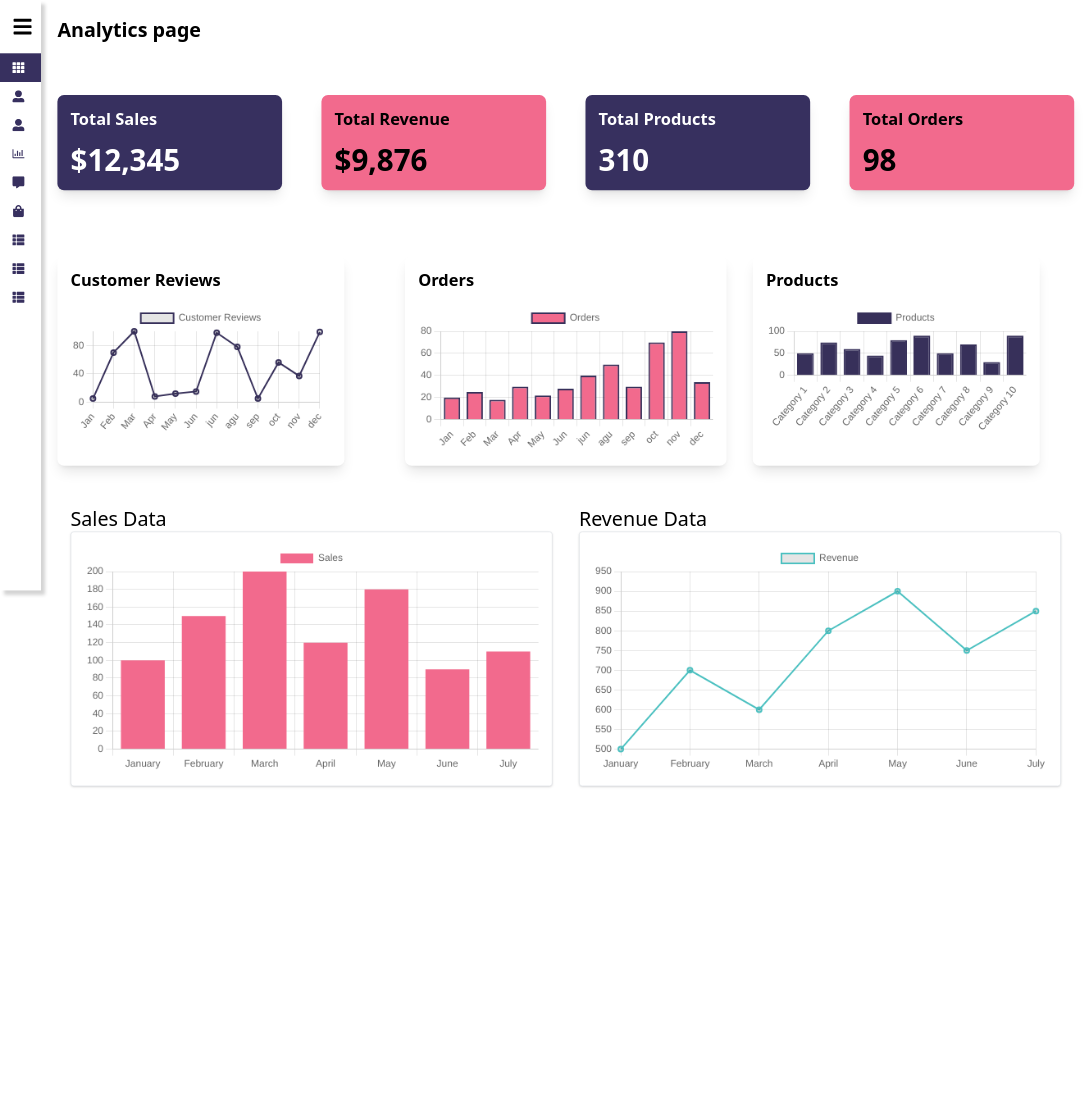
Repository: AndargWorku12/admin-dashboard
Page: /
These files come from the project's save history. The page is drawn as it stood at one moment and after the next save; the edit follows.
The browser window is 1280 px wide. The page is 1330 px wide, so the pictures cover 1330 px, including what lies to the right of the window. The pictures show the whole page, at 82% of full size.
The project was rebuilt for these pictures with package versions that can differ from the ones it lists, and the page was loaded fresh each time. Also part of the build but not shown: src/styles/orders.css, src/pages/OrderTable.tsx, src/pages/OrderModal.tsx, src/pages/Orders.tsx, src/pages/CategoryDropdown.tsx, src/pages/CategoryModal.tsx, src/pages/CategoryPage.tsx, src/styles/login.css and 9 more.

Above is the page before, as saved 2024-02-02 05:31:55.

### src/index.tsx
import { ColorModeScript } from "@chakra-ui/react"
import * as React from "react"
import * as ReactDOM from "react-dom/client"
import App from "./App"
import './index.css'

const container = document.getElementById("root")
if (!container) throw new Error('Failed to find the root element');
const root = ReactDOM.createRoot(container)

root.render(

  <React.StrictMode>
    <ColorModeScript />
    <App />
  </React.StrictMode>,

)

### src/App.tsx

import React, {useState} from 'react';
import { BrowserRouter, Route, Routes } from 'react-router-dom';
import Sidebar from './components/Sidebar';
import Dashboard from './pages/Dashboard';
// import SignUpForm from './pages/LoginPopup'
import Orders from './pages/Orders';
import Category from './pages/CategoryPage';
import Login from './pages/Login'
import Analytics from './pages/Analytics';
import CustemerReview from './pages/CustemerReview';
import ProductList from './pages/ProductList';
import ShopCard from './pages/ShopCard';
import './App.css'
import SignUpForm from './pages/SignUpForm';
import ForgotPassword from './pages/ForgetPassword';
// import AnalyticsPage from './pages/Analytics';



type SaleData = {
  date: string;
  amount: number;
};

type RevenueData = {
  month: string;
  revenue: number;
};

type Product = {
    id: string;
    photo: string;
    name: string;
    price: number;
    category: string;
};

type Order = {
    id: string;
    productName: string;
    quantity: number;
    totalPrice: number;

};

type CategoryType = {
  id: string;
  photo:string;
  name: string;
};



// Sample props for components
type DashboardProps = {
  saleData: SaleData[];
  revenueData: RevenueData[];
  // ... other props
};

type AnalyticsProps = {
  salesData: SaleData[];
  // ... other props
};

type ProductProps = {
  products: Product[];
  onUpdate: (productId: string, updatedProduct: Product) => void;

};




type OrderProps = {
  orders: Order[];
  // ... other props
};

type CategoryProps = {
  categories: CategoryType[];
  // ... other props
};







const App: React.FC = () => {


// for the product page to handle
  const [products, setProducts] = useState<Product[]>([


    {
      id: '1',
      photo: 'https://img.ltwebstatic.com/images3_pi/2022/01/10/16417919016a32607182dd11dedeb77e8324b683e8_thumbnail_900x.webp',
      name: 'Product 1',
      price: 29.99,
      category: 'Electronics',
    },
    {
      id: '2',
      photo: 'https://img.ltwebstatic.com/images3_pi/2022/01/10/16417919016a32607182dd11dedeb77e8324b683e8_thumbnail_900x.webp',
      name: 'Product 2',
      price: 49.99,
      category: 'Clothing',
    },
    {
      id: '3',
      photo: 'https://img.ltwebstatic.com/images3_pi/2022/01/10/16417919016a32607182dd11dedeb77e8324b683e8_thumbnail_900x.webp',
      name: 'Product 3',
      price: 9.99,
      category: 'Books',
    },
    {
      id: '4',
      photo: 'https://img.ltwebstatic.com/images3_pi/2022/01/10/16417919016a32607182dd11dedeb77e8324b683e8_thumbnail_900x.webp',
      name: 'Product 4',
      price: 79.99,
      category: 'Home and Kitchen',
    },
    {
      id: '5',
      photo: 'https://img.ltwebstatic.com/images3_pi/2022/01/10/16417919016a32607182dd11dedeb77e8324b683e8_thumbnail_900x.webp',
      name: 'Product 5',
      price: 39.99,
      category: 'Toys',
    },



  ]);

  // Function to handle creating a new product
  const handleCreate = (newProduct: Product) => {
    setProducts((prevProducts) => [...prevProducts, newProduct]);
  };

  // Function to handle updating a product

  const handleUpdate = (productId: string, newName: string, newPrice: number) => {
    setProducts((prevProducts) =>
      prevProducts.map((product) =>
        product.id === productId
          ? { ...product, name: newName, price: newPrice }
          : product
      )
    );
  };



  // Function to handle deleting a product
  const handleDelete = (productId: string) => {
    setProducts((prevProducts) => prevProducts.filter((product) => product.id !== productId));
  };

//  for AnalyticsPage
// for category page


const [categories, setCategories] = useState<CategoryType[]>([
  {
    id: '1',
    photo: 'https://plus.unsplash.com/premium_photo-1661662850226-83c981ed4eba?w=500&auto=format&fit=crop&q=60&ixlib=rb-4.0.3&ixid=M3wxMjA3fDB8MHxzZWFyY2h8MXx8bGFwdG9wJTIwY29tcHV0ZXJ8ZW58MHx8MHx8fDA%3D',
    name: 'Category 1',
  },
  {
    id: '2',
    photo: 'https://plus.unsplash.com/premium_photo-1661662850226-83c981ed4eba?w=500&auto=format&fit=crop&q=60&ixlib=rb-4.0.3&ixid=M3wxMjA3fDB8MHxzZWFyY2h8MXx8bGFwdG9wJTIwY29tcHV0ZXJ8ZW58MHx8MHx8fDA%3D',
    name: 'Category 2',
  },
  {
    id: '3',
    photo: 'https://plus.unsplash.com/premium_photo-1661662850226-83c981ed4eba?w=500&auto=format&fit=crop&q=60&ixlib=rb-4.0.3&ixid=M3wxMjA3fDB8MHxzZWFyY2h8MXx8bGFwdG9wJTIwY29tcHV0ZXJ8ZW58MHx8MHx8fDA%3D',
    name: 'Category 3',
  },
  {
    id: '4',
    photo: 'https://plus.unsplash.com/premium_photo-1661662850226-83c981ed4eba?w=500&auto=format&fit=crop&q=60&ixlib=rb-4.0.3&ixid=M3wxMjA3fDB8MHxzZWFyY2h8MXx8bGFwdG9wJTIwY29tcHV0ZXJ8ZW58MHx8MHx8fDA%3D',
    name: 'Category 4',
  },

]);

// Function to handle creating a new category
// const handleCreateCategory = (newCategory: CategoryType) => {
//   setCategories((prevCategories) => [...prevCategories, newCategory]);
// };
const handleCreateCategory = (newCategory: CategoryType) => {
  // Add the new category to the list of categories
  setCategories((prevCategories) => [...prevCategories, newCategory]);
};

const handleUpdateCategory = (categoryId: string, newName: string) => {
  setCategories((prevCategories) =>
    prevCategories.map((category) =>
      category.id === categoryId ? { ...category, name: newName } : category
    )
  );
};

// Function to handle deleting a category
const handleDeleteCategory = (categoryId: string) => {
  setCategories((prevCategories) => prevCategories.filter((category) => category.id !== categoryId));
};

  const saleData: SaleData[] = [
    { date: '2022-01-01', amount: 100 },
    { date: '2022-01-02', amount: 150 },
    { date: '2022-01-03', amount: 200 },
    { date: '2022-01-04', amount: 120 },
    { date: '2022-01-05', amount: 180 },
    { date: '2022-01-06', amount: 90 },
    { date: '2022-01-07', amount: 110 },
    { date: '2022-01-08', amount: 130 },
    { date: '2022-01-09', amount: 170 },
    { date: '2022-01-10', amount: 160 },
  ];

  const revenueData: RevenueData[] = [
    { month: 'January', revenue: 500 },
    { month: 'February', revenue: 700 },
    { month: 'March', revenue: 600 },
    { month: 'April', revenue: 800 },
    { month: 'May', revenue: 900 },
    { month: 'June', revenue: 750 },
    { month: 'July', revenue: 850 },
    { month: 'August', revenue: 950 },
    { month: 'September', revenue: 700 },
    { month: 'October', revenue: 850 },
  ];


   const [orders, setOrders] = useState<Order[]>([
    {
      id: '1',
      productName: 'Laptop',
      quantity: 2,
      totalPrice: 2000,
    },
    {
      id: '2',
      productName: 'Smartphone',
      quantity: 3,
      totalPrice: 1200,
    },
    {
      id: '3',
      productName: 'Headphones',
      quantity: 1,
      totalPrice: 100,
    },
    {
      id: '4',
      productName: 'Camera',
      quantity: 1,
      totalPrice: 800,
    },

   ]);

  // Function to create a new order
  const handleCreateOrder = (newOrder: Order) => {
    setOrders((prevOrders) => [...prevOrders, newOrder]);
  };

  // Function to delete an order
  const handleDeleteOrder = (orderId: string) => {
    const updatedOrders = orders.filter(order => order.id !== orderId);
    setOrders(updatedOrders);
  };

  // Function to update an order
  const handleUpdateOrder = (orderId: string, updatedOrder: Order) => {
    // Placeholder implementation: Updating the order in the list
    setOrders((prevOrders) =>
      prevOrders.map((order) =>
        order.id === orderId ? { ...order, ...updatedOrder } : order
      )
    );
  };

  return (
    <div>
    <BrowserRouter>
    <Sidebar>
      <Routes>
        <Route path="/" element={<Dashboard saleData={saleData} revenueData={revenueData}  />} />
        <Route path="/dashboard" element={<Dashboard saleData={saleData} revenueData={revenueData}  />} />
       <Route path="/login" element={<Login/>}/>
       <Route path='/forget-password' element={<ForgotPassword/>}/>
        <Route path="/signup" element={<SignUpForm />} />
        <Route path="/review"element={<CustemerReview username="John" joinedDate="2022-01-01" reviewDate="2022-01-15" reviewText="Lorem ipsum" />}
/>

        <Route path="/analytics" element={<Analytics  />} />
        <Route
  path="/product"
  element={<ProductList />}
/>
        <Route path="/shop" element={<ShopCard />} />
        <Route
        path="/orders"
        element={
          <Orders
/>
        }
      />

        <Route
            path="/category"
            element={<Category />}
          />

      </Routes>
    </Sidebar>
  </BrowserRouter>
  </div>
  );
};

export default App;

### src/components/Sidebar.tsx
import React, { useState } from 'react';
import ReactNode from "react";
import {
    FaTh,
    FaBars,
    FaUserAlt,
    FaRegChartBar,
    FaCommentAlt,
    FaShoppingBag,
    FaThList
} from 'react-icons/fa';
import { NavLink, NavLinkProps } from 'react-router-dom';



interface MenuItem {
    path: string;
    name: string;
    icon: JSX.Element;
}

interface SidebarProps {
  children: React.ReactNode;
}
    const Sidebar: React.FC<React.PropsWithChildren<{}>> = ({ children }) => {
    const [isOpen, setIsOpen] = useState(false);

    const toggle = () => setIsOpen(!isOpen);

    const menuItems: MenuItem[] = [
        {
            path: '/',
            name: 'Dashboard',
            icon: <FaTh />,
        },
        {
            path: '/login',
            name: 'Login',
            icon: <FaUserAlt />,
        },
        {
          path: '/signup',
          name: 'Register form',
          icon: <FaUserAlt />,
      },
        {
            path: '/analytics',
            name: 'Analytics',
            icon: <FaRegChartBar />,
        },
        {
            path: '/review',
            name: 'CustemerReview',
            icon: <FaCommentAlt />,
        },
        {
            path: '/product',
            name: 'Product',
            icon: <FaShoppingBag />,
        },
        {
            path: '/category',
            name: 'Category List',
            icon: <FaThList />,
        },
        {
          path: '/orders',
          name: 'Orders',
          icon: <FaThList />,
      },
      {
        path: '/shop',
        name: 'Sample product',
        icon: <FaThList />,
    },
    ];

    return (
        <div className="container">
            <div style={{ width: isOpen ? '200px' : '50px' }} className="sidebar">
                <div className="top_section">
                    <h1 style={{ display: isOpen ? 'block' : 'none' }} className="logo">
                        Logo
                    </h1>
                    <div style={{ marginLeft: isOpen ? '50px' : '0px' }} className="bars">
                        <FaBars onClick={toggle} />
                    </div>
                </div>
                {menuItems.map((item, index) => (
                    <NavLink to={item.path} key={index} className="link"
                    //  activeClassName="active"
                     >
                        <div className="icon">{item.icon}</div>
                        <div style={{ display: isOpen ? 'block' : 'none' }} className="link_text text-sm">
                            {item.name}
                        </div>
                    </NavLink>
                ))}
            </div>
            <main>{children}</main>
        </div>
    );
};

export default Sidebar;

### src/pages/Dashboard.tsx
import React from 'react';
import { Bar, Line } from 'react-chartjs-2';
import {
  Chart as ChartJS,
  CategoryScale,
  LinearScale,
  BarElement,
  PointElement,
  LineElement,
  Title,
  Tooltip,
  Legend,
} from 'chart.js';
import Analytics from './Analytics'

ChartJS.register(
  CategoryScale,
  LinearScale,
  BarElement,
  PointElement,
  LineElement,
  Title,
  Tooltip,
  Legend
);
// import Chart from 'chart.js/auto';
// Assuming saleData and revenueData are custom types
type SaleData = {
  date: string;
  amount: number;
};

type RevenueData = {
  month: string;
  revenue: number;
};

interface DashboardProps {
  saleData: SaleData[];
  revenueData: RevenueData[];
}

const Dashboard: React.FC<DashboardProps> = ({ saleData, revenueData }) => {
  const barChartData = {
    labels: ['January', 'February', 'March', 'April', 'May', 'June', 'July'],
    datasets: [
      {
        label: 'Sales',
        data: saleData.map((data) => data.amount),
        backgroundColor: '#F26A8D',



      },
    ],
  };

  const lineChartData = {
    labels: ['January', 'February', 'March', 'April', 'May', 'June', 'July'],
    datasets: [
      {
        label: 'Revenue',
        data: revenueData.map((data) => data.revenue),
        fill: false,
        borderColor: 'rgba(75,192,192,1)',
        borderWidth: 2,
        //some thing


      },
    ],
  };

  return (
    <div>
      <Analytics/>

<div className="flex h-screen">
      <div className="flex-1 max-w-screen-md p-4">
        <h3 className="text-2xl">Sales Data</h3>
        <div className="border p-4 bg-white rounded shadow">
        <Bar data={barChartData} />
      </div>
      </div>

      <div className="flex-1 max-w-screen-md p-4">
        <h3 className="text-2xl">Revenue Data</h3>
        <div className="border p-4 bg-white rounded shadow" >
        <Line data={lineChartData} />
        </div>
      </div>
      </div>
      <div>

      </div>
    </div>
  );
};

export default Dashboard;











// import React from 'react';
// import { Bar, Line } from 'react-chartjs-2';

// interface DashboardProps {
//   saleData: saleData[];
//   revenueData: revenueData[];
// }

// const Dashboard: React.FC<DashboardProps> = ({ saleData, revenueData }) => {
//   const barChartData = {
//     labels: ['January', 'February', 'March', 'April', 'May', 'June', 'July'],
//     datasets: [
//       {
//         label: 'Sales',
//         data: saleData,
//         backgroundColor: 'rgba(75,192,192,0.2)',
//         borderColor: 'rgba(75,192,192,1)',
//         borderWidth: 1,
//       },
//     ],
//   };

//   const lineChartData = {
//     labels: ['January', 'February', 'March', 'April', 'May', 'June', 'July'],
//     datasets: [
//       {
//         label: 'Revenue',
//         data: revenueData,
//         fill: false,
//         borderColor: 'rgba(75,192,192,1)',
//         borderWidth: 2,
//       },
//     ],
//   };

//   return (
//     <div>
//       <h2>Dashboard</h2>

//       <div>
//         <h3>Sales Data</h3>
//         <Bar data={barChartData} />
//       </div>

//       <div>
//         <h3>Revenue Data</h3>
//         <Line data={lineChartData} />
//       </div>
//     </div>
//   );
// };

// export default Dashboard;

### src/pages/Analytics.tsx

// Install dependencies:
// npm install react-chartjs-2 chart.js

import React from 'react';
import { Bar, Line } from 'react-chartjs-2';
import '../styles/analytics.css'
const AnalyticsPage: React.FC = () => {
  // Sample data
  const customerReviewData = {
    labels: ['Jan', 'Feb', 'Mar', 'Apr', 'May', 'Jun','jun','agu','sep','oct','nov','dec'],
    datasets: [
      {
        label: 'Customer Reviews',
        data: [5, 70, 100, 8, 12, 15,98,78,5,56,37,99],
        borderColor: '#37305A',
        borderWidth: 2,
        fill: false,
      },
    ],
  };

  const ordersData = {
    labels: ['Jan', 'Feb', 'Mar', 'Apr', 'May', 'Jun','jun','agu','sep','oct','nov','dec'],
    datasets: [
      {
        label: 'Orders',
        data: [20, 25, 18, 30, 22, 28,40,50,30,70,80,34],
        backgroundColor: '#F26A8D',
        borderColor: '#37305A',
        borderWidth: 2,
      },
    ],
  };

  const productsData = {
    labels: ['Category 1', 'Category 2', 'Category 3', 'Category 4', 'Category 5','Category 6','Category 7','Category 8','Category 9','Category 10'],
    datasets: [
      {
        label: 'Products',
        data: [50, 75, 60, 45, 80,90,50,70,30,90],
        backgroundColor: '#37305A',
        borderColor: '#37305A',
        borderWidth: 2,

      },
    ],
  };

  return (
    <>
    <h2 className='text-black font-bold text-2xl mb-16'>Analytics page</h2>

    <div className="col-span-4 md:col-span-2 lg:col-span-1 flex justify-between gap-8 mb-20 ">
          <div className="card1 p-4 rounded-lg shadow-lg flex-1 mr-4">
            <h2 className="text-xl font-bold mb-4">Total Sales</h2>
            <p className="text-4xl font-bold">$12,345</p>
          </div>
                {/* <div className='gap-8 col-span-3 md:col-span-2 lg:col-span-1 flex justify-between w-48'> */}
          <div className=" card2 p-4 rounded-lg shadow-lg flex-1 mr-4">
            <h2 className="text-xl font-bold mb-4">Total Revenue</h2>
            <p className="text-4xl font-bold">$9,876</p>
          </div>



          <div className="card1 p-4 rounded-lg shadow-lg flex-1 mr-4">
            <h2 className="text-xl font-bold mb-4">Total Products</h2>
            <p className="text-4xl font-bold">310</p>
          </div>


          <div className="card2 p-4 rounded-lg shadow-lg flex-1">
            <h2 className="text-xl font-bold mb-4">Total Orders</h2>
            <p className="text-4xl font-bold">98</p>
          </div>
          {/* <div className="bg-white p-4 rounded-lg shadow-lg flex-1">
            <h2 className="text-xl font-bold mb-4">Total Categories</h2>
            <p className="text-4xl font-bold">15</p>
          </div> */}
          {/* </div> */}
        </div>
    <div className="container mx-auto my-8 ">

      <div className=" chart grid grid-cols-1 md:grid-cols-2 lg:grid-cols-3 gap-8 w-screen">
        {/* Customer Reviews Chart */}
        <div className="customer bg-white p-4 rounded-lg shadow-lg ">
          <h2 className="text-xl font-bold mb-4">Customer Reviews</h2>
          <Line data={customerReviewData} />
        </div>

        {/* Orders Chart */}
        <div className="orders bg-white p-4 rounded-lg shadow-lg">
          <h2 className="text-xl font-bold mb-4">Orders</h2>
          <Bar data={ordersData} />
        </div>

        {/* Products Chart */}
        <div className=" product bg-white p-4 rounded-lg shadow-lg ">
          <h2 className="text-xl font-bold mb-4">Products</h2>
          <Bar data={productsData} />
        </div>

        {/* Total Metrics Cards */}
        {/* <div className='col-span-3 md:col-span-2 lg:col-span-1 flex justify-between gap-10'> */}


        {/* <div className="col-span-3 md:col-span-2 lg:col-span-1 flex justify-between gap-8 w-48">
          <div className="bg-white p-4 rounded-lg shadow-lg flex-1 mr-4">
            <h2 className="text-xl font-bold mb-4">Total Reviews</h2>
            <p className="text-4xl font-bold">135</p>
          </div>




        </div> */}


        {/* </div> */}
      </div>
    </div>
    </>
  );
};

export default AnalyticsPage;

### src/App.css
* {
    margin: 0;
    padding: 0;
    text-decoration: none;
    /* background: #fff; */
    /* color: #fff; */
    /* background: #0e1630 */
    /* background-color: #0e1630; */
}

.container {
    display: flex;
}

main {
    width: 100%;
    padding: 20px;
}

.sidebar {
    background: #fff;
    /* background: #0e1630; */
    box-shadow: 5px 5px 4px rgb(212, 212, 212);
    color: #000;
    height: 100vh;
    width: 200px;
    transition: all 0.5s;
}

.top_section {
    display: flex;
    align-items: center;
    padding: 20px 15px;
}

.logo {
    font-size: 30px;
}

.bars {
    display: flex;
    font-size: 25px;
    margin-left: 50px;
}

.link {
    display: flex;
    color: #37305F;
    padding: 10px 15px;
    gap: 15px;
    transition: all 0.5s;
}

.link:hover {
    background: #37305F;
    color: #fff;
    transition: all 0.5s;
}

.active {
    background: #37305F;
    color: #fff;
}

.icon,
.link_text {
    font-size: 15px;
}

### src/styles/analytics.css
.card1 {
    background: #37305F;
    color: #fff;
}

.card2 {
    background: #F26A8D;
    color: black;
}


/* .chart {
    box-shadow: 0.5px 0.5px 0.5px gray;
} */

.customer {
    max-width: 350px;
}

.orders {
    max-width: 350;
}

.product {
    max-width: 350px;
}

Loaded but not shown: public/index.html (common file); src/index.css (common file); tailwind.config.js (common file)

After the next save:
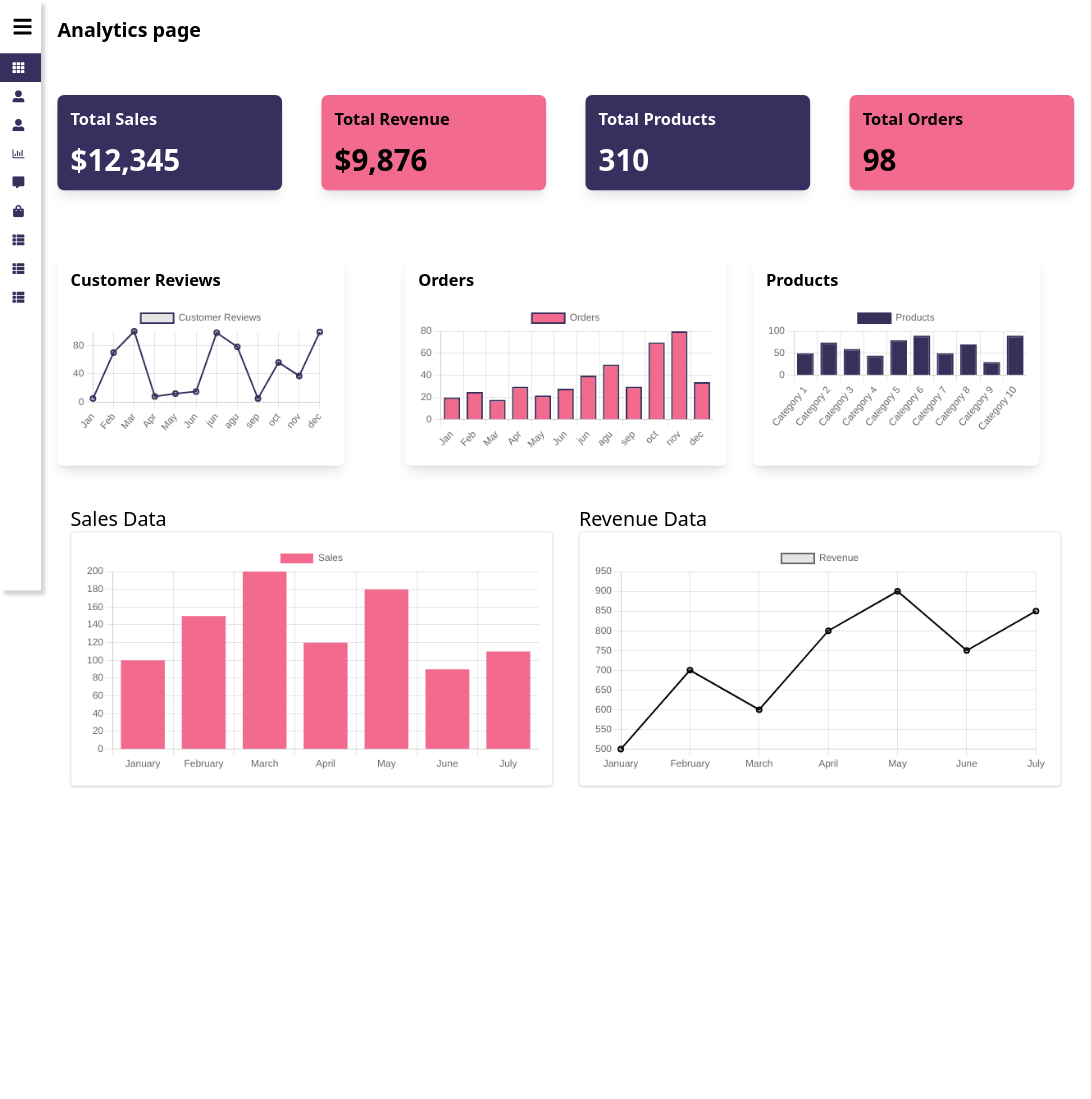
Saved 16 s later.
--- a/src/pages/Dashboard.tsx
+++ b/src/pages/Dashboard.tsx
@@ -62,7 +62,7 @@ const Dashboard: React.FC<DashboardProps> = ({ saleData, revenueData }) => {
         label: 'Revenue',
         data: revenueData.map((data) => data.revenue),
         fill: false,
-        borderColor: 'rgba(75,192,192,1)',
+        borderColor: '37305A',
         borderWidth: 2,
         //some thing
 
